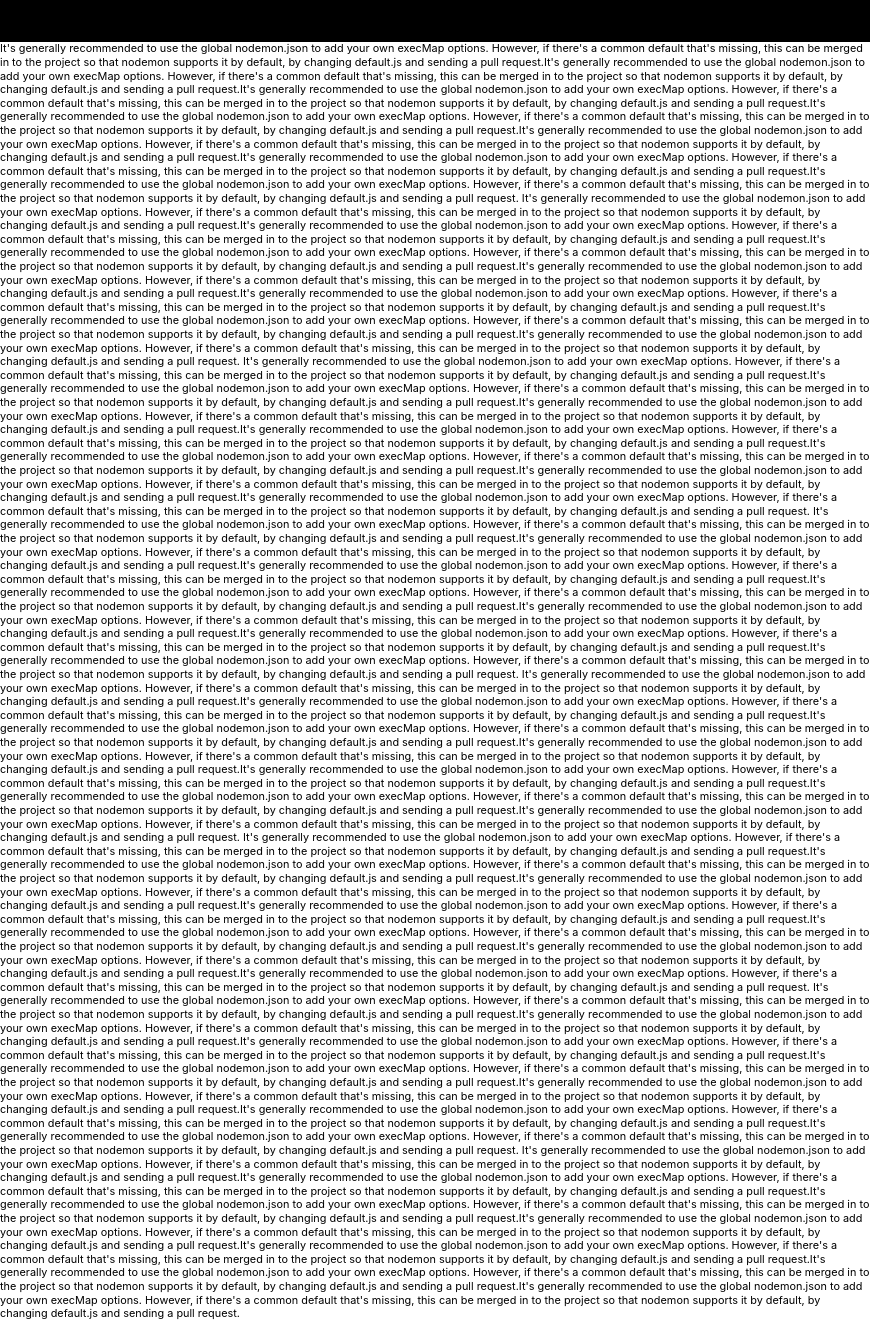
Repository: mr-joshi/Art-Of-House
Page: /
An editor plug-in stored every save of this project. The page is shown before and after the next save, followed by the edit.
The browser window is 1280 px wide. The pictures show the whole page, at 68% of full size.
The project was rebuilt for these pictures with package versions that can differ from the ones it lists, and the page was loaded fresh each time. The framework's server and built-in components were replaced by stand-ins that run in the browser. Also part of the build but not shown: next.config.js.

Above is the page before, as saved 2022-09-25 03:00:05.

### pages/_app.js
import '../styles/globals.css'
import '../components/header/header.scss';


function MyApp({ Component, pageProps }) {
  return <Component {...pageProps} />
}

export default MyApp

### components/header/header.scss
.header_container {
  width: 100%;
  position: sticky;
  top: 0px;
  z-index: 1;
  background-color: black;
}
.header_main {
  font-size: 18px;
  padding: 20px;
  width: 100%;
  display: flex;
  justify-content: space-between;
  align-items: center;
}
.header_main_tags {
  width: 40%;
  display: flex;
  justify-content: space-around;
  align-items: center;

}
.header_login_tags{

  display: flex;
  justify-content: space-around;
  align-items: center;

}
@media screen and (max-width: 701px)  {
.header_main{
  font-size: 16px;
}
.header_main_tags{
  width: 45%;
}
}

@media screen and (max-width:570px) {
  .header_main_tags{
    display: none;
  }
  .header_login_tags{
    display: none;
  }


}

### components/header/Header.js
import { Button, Drawer, DrawerBody, DrawerCloseButton, DrawerContent, DrawerHeader, DrawerOverlay } from '@chakra-ui/react'
import React from 'react'
const Header = () => {
  return (
    <div className='header_container'>
      <div className='header_main'>
        <div className='header_logo'>Logo</div>
        <div className='header_main_tags'>
          <div className='tag_home'>Home</div>
          <div className='tag_animations'>Animations</div>
          <div className='tag_shop'>Shop</div>
          <div className='tag_news'>News</div>
        </div>
        <div className='header_login_tags'>
          <div className='tag_login'>Join</div>
        </div>
      </div>
    </div>
  )
}

function SizeExample() {
  const [size, setSize] = React.useState('')
  const { isOpen, onOpen, onClose } = useDisclosure()

  const handleClick = (newSize) => {
    setSize(newSize)
    onOpen()
  }

  const sizes = ['xs', 'sm', 'md', 'lg', 'xl', 'full']

  return (
    <>
      {sizes.map((size) => (
        <Button
          onClick={() => handleClick(size)}
          key={size}
          m={4}
        >{`Open ${size} Drawer`}</Button>
      ))}

      <Drawer onClose={onClose} isOpen={isOpen} size={size}>
        <DrawerOverlay />
        <DrawerContent>
          <DrawerCloseButton />
          <DrawerHeader>{`${size} drawer contents`}</DrawerHeader>
          <DrawerBody>
            <p>
              Lorem ipsum dolor sit amet, consectetur adipiscing elit, sed do
              eiusmod tempor incididunt ut labore et dolore magna aliqua.
              Consequat nisl vel pretium lectus quam id. Semper quis lectus
              nulla at volutpat diam ut venenatis. Dolor morbi non arcu risus
              quis varius quam quisque. Massa ultricies mi quis hendrerit dolor
              magna eget est lorem. Erat imperdiet sed euismod nisi porta.
              Lectus vestibulum mattis ullamcorper velit.
            </p>
          </DrawerBody>
        </DrawerContent>
      </Drawer>
    </>
  )
}
export default Header

Loaded but not shown: pages/index.js (library); styles/globals.css (common file)

After the next save:
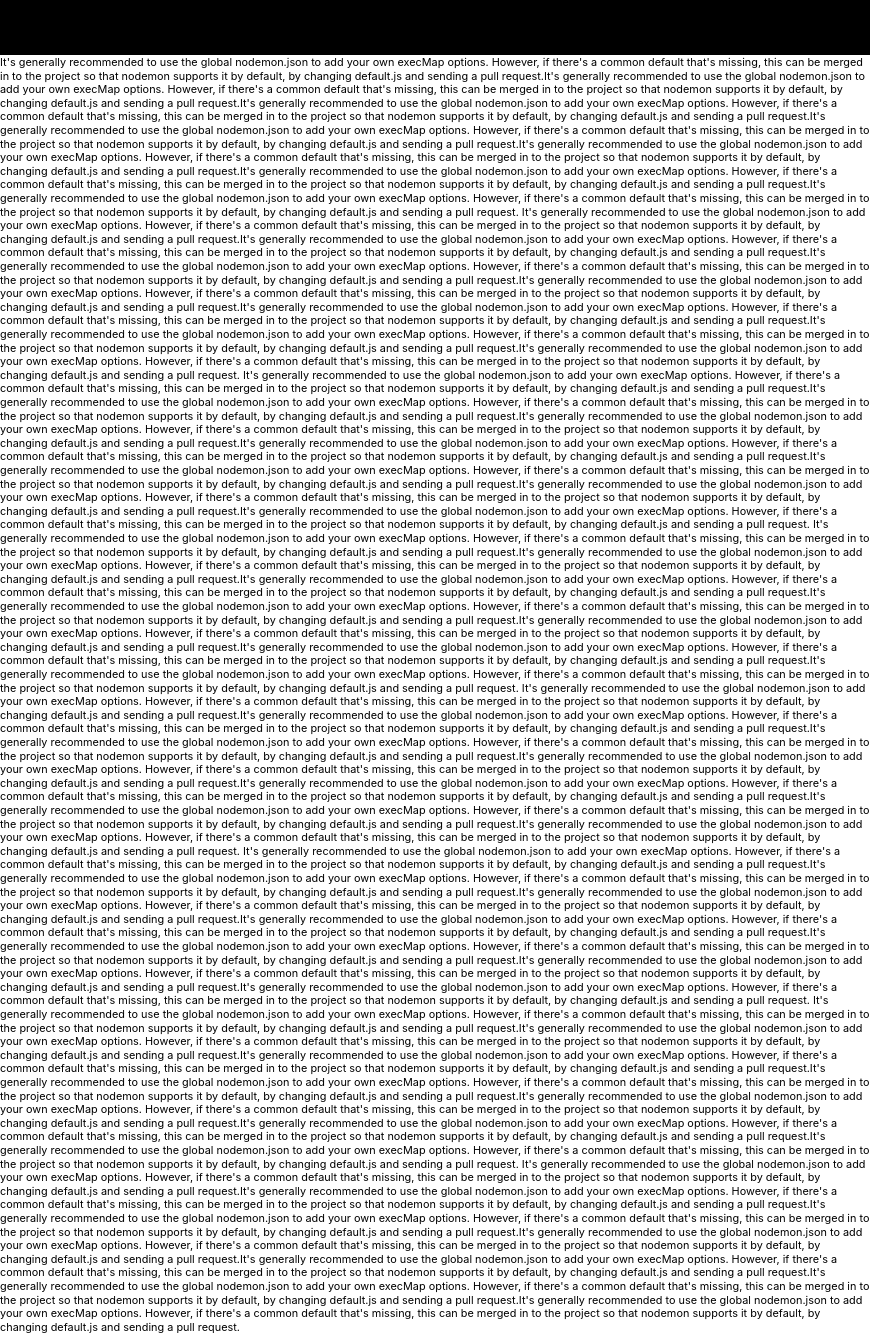
Saved 15 s later.
--- a/components/header/Header.js
+++ b/components/header/Header.js
@@ -15,6 +15,7 @@
           <div className='tag_login'>Join</div>
         </div>
       </div>
+      SizeExample();
     </div>
   )
 }
